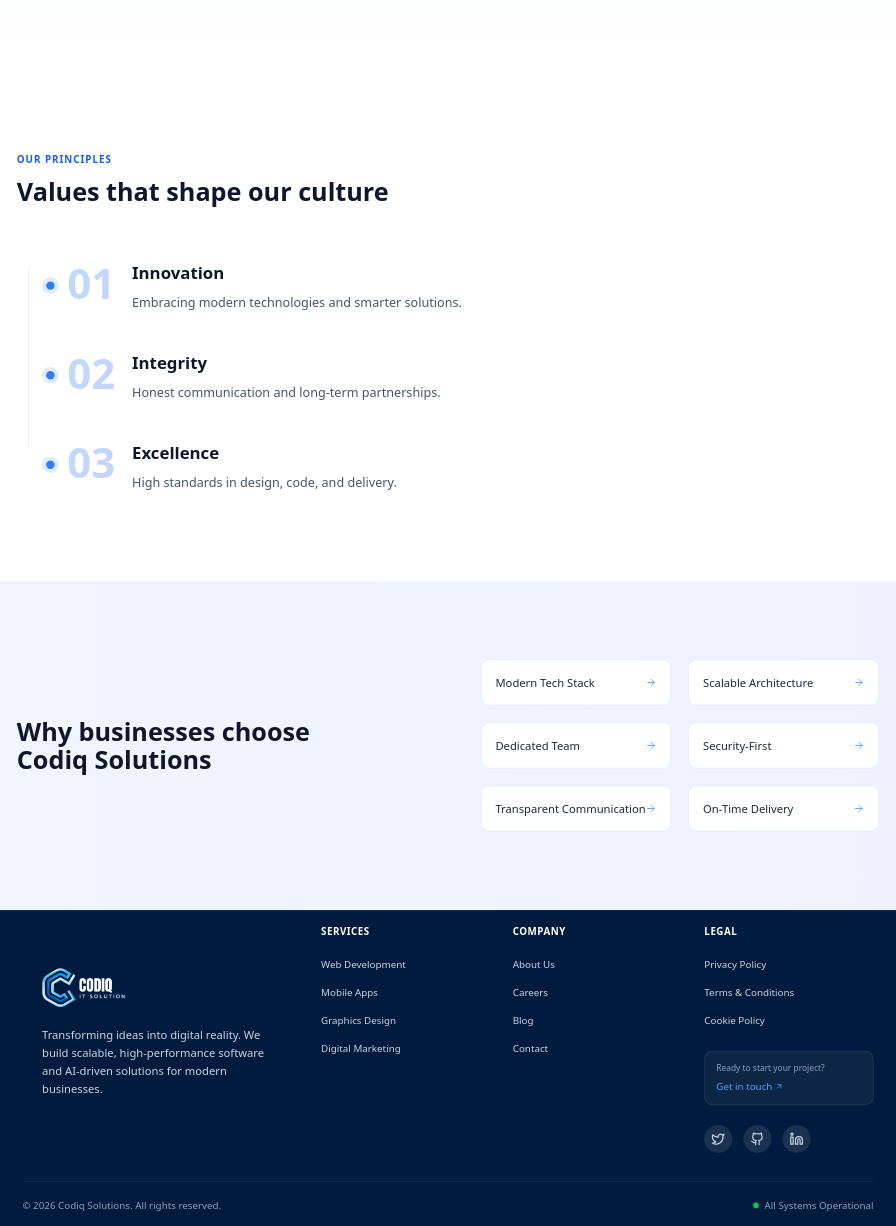
Repository: codiqsolutions/Codiq_Web
Page: /about (app in codiq-main/frontend/)
An editor plug-in stored every save of this project. The page is shown before and after the next save, followed by the edit.
The browser window is 1280 px wide. The pictures show the part of the page from y = 1650 to 3570 px (the page is 3402 px tall before and 3570 px after), at 70% of full size.
The project was rebuilt for these pictures with package versions that can differ from the ones it lists, and the page was loaded fresh each time. The framework's server and built-in components were replaced by stand-ins that run in the browser. Also part of the build but not shown: codiq-main/frontend/next.config.ts.

Above is the page before, as saved 2026-01-08 15:02:33.

### codiq-main/frontend/app/layout.tsx
import type { Metadata } from "next";
import { Geist, Geist_Mono } from "next/font/google";
import "./globals.css";
import { Footer } from "@/components/Footer";
import Header from "@/components/Header";

const geistSans = Geist({
  variable: "--font-geist-sans",
  subsets: ["latin"],
});

const geistMono = Geist_Mono({
  variable: "--font-geist-mono",
  subsets: ["latin"],
});

export const metadata: Metadata = {
  title: "Codiq Solutions",
  description:
    "Codiq Solutions offers premium Web development, Mobile apps, and Digital marketing.",
};

export default function RootLayout({
  children,
}: {
  children: React.ReactNode;
}) {
  return (
    <html lang="en" className="scroll-smooth">
      <body
        className={`${geistSans.variable} ${geistMono.variable} antialiased min-h-screen flex flex-col font-sans`}
      >
        <Header />
        <main className="flex-grow pt-16">{children}</main>
        <Footer />
      </body>
    </html>
  );
}

### codiq-main/frontend/app/about/page.tsx
"use client"

import { motion } from "framer-motion"
import {
    Code2,
    Target,
    Users,
    Lightbulb,
    ShieldCheck,
    Rocket,
    ArrowRight,
} from "lucide-react"
import { PageHeader } from "@/components/PageHeader"

export default function AboutPage() {
    return (
        <>
            <PageHeader
                title="About Codiq Solutions"
                description="Engineering scalable software products with precision, performance, and purpose."
            />

            {/* INTRO STORY */}
            <section className="relative bg-white py-32 overflow-hidden">
                {/* Color accents */}
                <div className="absolute -top-32 -left-32 h-96 w-96 rounded-full bg-blue-100 blur-3xl opacity-70" />
                <div className="absolute top-1/3 -right-32 h-96 w-96 rounded-full bg-indigo-100 blur-3xl opacity-70" />

                <div className="relative mx-auto max-w-7xl px-6">
                    <div className="grid lg:grid-cols-[1.2fr_0.8fr] gap-20 items-center">
                        <motion.div
                            initial={{ opacity: 0, y: 30 }}
                            whileInView={{ opacity: 1, y: 0 }}
                            viewport={{ once: true }}
                        >
                            <p className="text-sm font-semibold tracking-widest uppercase mb-4 bg-gradient-to-r from-blue-600 to-indigo-600 bg-clip-text text-transparent">
                                Our Identity
                            </p>

                            <h2 className="text-5xl font-extrabold leading-tight mb-8 text-slate-900">
                                We build software <br />
                                <span className="bg-gradient-to-r from-blue-600 to-indigo-600 bg-clip-text text-transparent">
                                    that scales with ambition.
                                </span>
                            </h2>

                            <p className="text-lg text-slate-600 leading-relaxed mb-6">
                                Codiq Solutions is a technology-driven IT company crafting
                                intelligent digital products for startups and modern businesses.
                            </p>

                            <p className="text-lg text-slate-600 leading-relaxed">
                                We combine engineering excellence with business-first thinking
                                to deliver real impact.
                            </p>
                        </motion.div>

                        {/* Side Highlights */}
                        <motion.div
                            initial={{ opacity: 0, scale: 0.95 }}
                            whileInView={{ opacity: 1, scale: 1 }}
                            viewport={{ once: true }}
                            className="space-y-6"
                        >
                            {[
                                { icon: Code2, label: "Engineering First", color: "from-blue-500 to-indigo-500" },
                                { icon: ShieldCheck, label: "Security Focused", color: "from-indigo-500 to-violet-500" },
                                { icon: Rocket, label: "Growth Ready", color: "from-violet-500 to-purple-500" },
                            ].map((item) => (
                                <div
                                    key={item.label}
                                    className="flex items-center gap-5 rounded-2xl border border-slate-200 bg-white p-6 shadow-sm hover:shadow-lg transition"
                                >
                                    <div
                                        className={`flex h-12 w-12 items-center justify-center rounded-xl bg-gradient-to-br ${item.color} text-white`}
                                    >
                                        <item.icon className="h-6 w-6" />
                                    </div>
                                    <span className="text-lg font-semibold text-slate-800">
                                        {item.label}
                                    </span>
                                </div>
                            ))}
                        </motion.div>
                    </div>
                </div>
            </section>

            {/* MISSION & VISION */}
            <section className="bg-gradient-to-b from-blue-50 to-white py-28">
                <div className="mx-auto max-w-7xl px-6">
                    <div className="grid md:grid-cols-2 gap-16">

                        {/* MISSION */}
                        <motion.div
                            whileHover={{ y: -8 }}
                            className="rounded-3xl bg-white p-12 border border-blue-100 transition hover:shadow-xl"
                        >
                            <Target className="h-10 w-10 text-blue-600 mb-6" />

                            <h3 className="text-3xl font-bold text-slate-900 mb-6">
                                Our Mission
                            </h3>

                            <p className="text-lg text-slate-600 leading-relaxed mb-6">
                                Our mission is to deliver reliable, scalable, and high-performance
                                software solutions that help businesses grow faster and operate
                                smarter in a digital-first world.
                            </p>

                            <p className="text-lg text-slate-600 leading-relaxed mb-8">
                                We focus on building products that combine clean engineering,
                                intuitive user experience, and long-term maintainability.
                            </p>

                            <ul className="space-y-3 text-slate-700 font-medium">
                                <li>• Build scalable and secure software systems</li>
                                <li>• Solve real business problems with technology</li>
                                <li>• Deliver measurable value through quality engineering</li>
                            </ul>
                        </motion.div>

                        {/* VISION */}
                        <motion.div
                            whileHover={{ y: -8 }}
                            className="rounded-3xl bg-white p-12 border border-indigo-100 transition hover:shadow-xl"
                        >
                            <Lightbulb className="h-10 w-10 text-indigo-600 mb-6" />

                            <h3 className="text-3xl font-bold text-slate-900 mb-6">
                                Our Vision
                            </h3>

                            <p className="text-lg text-slate-600 leading-relaxed mb-6">
                                Our vision is to become a globally trusted technology partner,
                                empowering businesses through intelligent, future-ready digital
                                ecosystems.
                            </p>

                            <p className="text-lg text-slate-600 leading-relaxed mb-8">
                                We aspire to lead innovation by continuously evolving with emerging
                                technologies and building products that scale across industries.
                            </p>

                            <ul className="space-y-3 text-slate-700 font-medium">
                                <li>• Be a long-term digital growth partner</li>
                                <li>• Drive innovation through modern technology</li>
                                <li>• Create impactful software with global reach</li>
                            </ul>
                        </motion.div>

                    </div>
                </div>
            </section>

            {/* VALUES */}
            <section className="bg-white py-32">
                <div className="mx-auto max-w-7xl px-6">
                    <div className="mb-20 max-w-2xl">
                        <p className="text-sm font-semibold tracking-widest uppercase mb-4 text-blue-600">
                            Our Principles
                        </p>
                        <h2 className="text-4xl font-extrabold text-slate-900">
                            Values that shape our culture
                        </h2>
                    </div>

                    <div className="relative space-y-14 pl-12">
                        {/* Timeline line */}
                        <div className="absolute left-4 top-2 bottom-2 w-px bg-slate-200" />

                        {[
                            {
                                title: "Innovation",
                                desc: "Embracing modern technologies and smarter solutions.",
                            },
                            {
                                title: "Integrity",
                                desc: "Honest communication and long-term partnerships.",
                            },
                            {
                                title: "Excellence",
                                desc: "High standards in design, code, and delivery.",
                            },
                        ].map((value, i) => (
                            <motion.div
                                key={value.title}
                                initial={{ opacity: 0, x: -40 }}
                                whileInView={{ opacity: 1, x: 0 }}
                                viewport={{ once: true }}
                                transition={{ delay: i * 0.1 }}
                                className="relative flex items-start gap-6 pl-6"
                            >
                                {/* Timeline dot */}
                                <div className="absolute -left-[6px] top-7 h-3 w-3 rounded-full bg-blue-500 shadow-[0_0_0_6px_rgba(59,130,246,0.15)]" />

                                <div className="text-6xl font-extrabold bg-gradient-to-br from-blue-200 to-indigo-200 bg-clip-text text-transparent">
                                    {String(i + 1).padStart(2, "0")}
                                </div>

                                <div>
                                    <h3 className="text-2xl font-bold text-slate-900 mb-3">
                                        {value.title}
                                    </h3>
                                    <p className="text-lg text-slate-600 max-w-2xl">
                                        {value.desc}
                                    </p>
                                </div>
                            </motion.div>
                        ))}
                    </div>
                </div>
            </section>

            {/* WHY CODIQ */}
            <section className="bg-gradient-to-r from-blue-50 to-indigo-50 py-28">
                <div className="mx-auto max-w-7xl px-6">
                    <div className="flex flex-col lg:flex-row lg:items-center lg:justify-between gap-12">
                        <h2 className="text-4xl font-extrabold text-slate-900 max-w-xl">
                            Why businesses choose <br /> Codiq Solutions
                        </h2>

                        <div className="grid sm:grid-cols-2 gap-6 max-w-xl">
                            {[
                                "Modern Tech Stack",
                                "Scalable Architecture",
                                "Dedicated Team",
                                "Security-First",
                                "Transparent Communication",
                                "On-Time Delivery",
                            ].map((point) => (
                                <div
                                    key={point}
                                    className="flex items-center justify-between rounded-xl bg-white border border-blue-100 p-5 hover:shadow-lg transition"
                                >
                                    <span className="font-medium text-slate-800">{point}</span>
                                    <ArrowRight className="h-4 w-4 text-blue-400" />
                                </div>
                            ))}
                        </div>
                    </div>
                </div>
            </section>
        </>
    )
}

### codiq-main/frontend/app/globals.css
@import "tailwindcss";

:root {
  /* Brand Colors - Electric Blue & Deep Space */
  --primary: #2563eb;
  /* Blue-600 */
  --primary-hover: #1d4ed8;
  /* Blue-700 */
  --primary-light: #dbeafe;
  /* Blue-100 */
  --text-primary: #0f172a;
  /* Slate-900 */
  --text-muted: #475569;
  /* Slate-600 */
  --primary-foreground: 255, 255, 255;

  --secondary: 15, 23, 42;
  /* slate-900 */
  --secondary-foreground: 255, 255, 255;

  --accent: 79, 70, 229;
  /* indigo-600 */
  --accent-foreground: 255, 255, 255;

  /* Backgrounds */
  --background: 255, 255, 255;
  --foreground: 15, 23, 42;

  --glass-border: 226, 232, 240;
  /* slate-200 */

  --radius: 0.75rem;
}

@media (prefers-color-scheme: dark) {
  :root {
    --background: 2, 6, 23;
    /* slate-950 */
    --foreground: 248, 250, 252;
    /* slate-50 */

    --glass-border: 30, 41, 59;
    /* slate-800 */

    /* Adjust secondary for dark mode contrast */
    --secondary: 248, 250, 252;
    --secondary-foreground: 15, 23, 42;
  }
}

body {
  color: rgb(var(--foreground));
  background-color: rgb(var(--background));
  background-image:
    radial-gradient(circle at 50% 0%, rgba(var(--primary), 0.15) 0%, transparent 50%),
    radial-gradient(circle at 100% 0%, rgba(var(--accent), 0.1) 0%, transparent 50%);
  min-height: 100vh;
  font-feature-settings: "ss01", "ss02", "cv01", "cv02";
  -webkit-font-smoothing: antialiased;
}

/* Utilities */
@utility glass {
  @apply backdrop-blur-xl bg-white/70 dark:bg-slate-950/70 border border-slate-200/50 dark:border-slate-800/50;
}

@utility glass-nav {
  @apply backdrop-blur-xl bg-white/80 dark:bg-slate-950/80 border border-slate-200/50 dark:border-slate-800/50 shadow-sm supports-[backdrop-filter]:bg-white/60 supports-[backdrop-filter]:dark:bg-slate-950/60;
}

@utility premium-card {
  @apply bg-white dark:bg-slate-900/50 border border-slate-200 dark:border-slate-800 rounded-2xl shadow-sm hover:shadow-xl transition-all duration-300 hover:border-blue-500/30 dark:hover:border-blue-500/30 hover:-translate-y-1;
}

@utility text-balance {
  text-wrap: balance;
}

@utility text-pretty {
  text-wrap: pretty;
}

@layer base {
  * {
    @apply border-gray-200 dark:border-gray-800;
  }
}

### codiq-main/frontend/components/PageHeader.tsx
"use client"

import { motion } from "framer-motion"

interface PageHeaderProps {
    title: string
    description: string
}

export function PageHeader({ title, description }: PageHeaderProps) {
    return (
        <div className="bg-slate-50 dark:bg-slate-900/50 py-20 pb-24 text-center">
            <div className="mx-auto max-w-7xl px-4 sm:px-6 lg:px-8">
                <motion.h1
                    initial={{ opacity: 0, y: 20 }}
                    animate={{ opacity: 1, y: 0 }}
                    className="text-4xl font-bold tracking-tight text-slate-900 dark:text-white sm:text-5xl"
                >
                    {title}
                </motion.h1>
                <motion.p
                    initial={{ opacity: 0, y: 20 }}
                    animate={{ opacity: 1, y: 0 }}
                    transition={{ delay: 0.1 }}
                    className="mt-6 text-lg text-slate-600 dark:text-slate-400 max-w-2xl mx-auto"
                >
                    {description}
                </motion.p>
            </div>
        </div>
    )
}

### codiq-main/frontend/components/ui/button.tsx
import * as React from "react"
import { Slot } from "@radix-ui/react-slot"
import { cva, type VariantProps } from "class-variance-authority"

import { cn } from "@/lib/utils"

const buttonVariants = cva(
  "inline-flex items-center justify-center gap-2 whitespace-nowrap rounded-md text-sm font-medium transition-colors focus-visible:outline-none focus-visible:ring-1 focus-visible:ring-ring disabled:pointer-events-none disabled:opacity-50 [&_svg]:pointer-events-none [&_svg]:size-4 [&_svg]:shrink-0",
  {
    variants: {
      variant: {
        default:
          "bg-primary text-primary-foreground shadow hover:bg-primary/90",
        destructive:
          "bg-destructive text-destructive-foreground shadow-sm hover:bg-destructive/90",
        outline:
          "border border-input bg-background shadow-sm hover:bg-accent hover:text-accent-foreground",
        secondary:
          "bg-secondary text-secondary-foreground shadow-sm hover:bg-secondary/80",
        ghost: "hover:bg-accent hover:text-accent-foreground",
        link: "text-primary underline-offset-4 hover:underline",
      },
      size: {
        default: "h-9 px-4 py-2",
        sm: "h-8 rounded-md px-3 text-xs",
        lg: "h-10 rounded-md px-8",
        icon: "h-9 w-9",
      },
    },
    defaultVariants: {
      variant: "default",
      size: "default",
    },
  }
)

export interface ButtonProps
  extends React.ButtonHTMLAttributes<HTMLButtonElement>,
    VariantProps<typeof buttonVariants> {
  asChild?: boolean
}

const Button = React.forwardRef<HTMLButtonElement, ButtonProps>(
  ({ className, variant, size, asChild = false, ...props }, ref) => {
    const Comp = asChild ? Slot : "button"
    return (
      <Comp
        className={cn(buttonVariants({ variant, size, className }))}
        ref={ref}
        {...props}
      />
    )
  }
)
Button.displayName = "Button"

export { Button, buttonVariants }

Loaded but not shown: codiq-main/frontend/lib/utils.ts (common file); codiq-main/frontend/components/Footer.tsx (153 lines, source omitted); codiq-main/frontend/components/Header.tsx (142 lines, source omitted); codiq-main/frontend/components/ui/sheet.tsx (140 lines, source omitted)

After the next save:
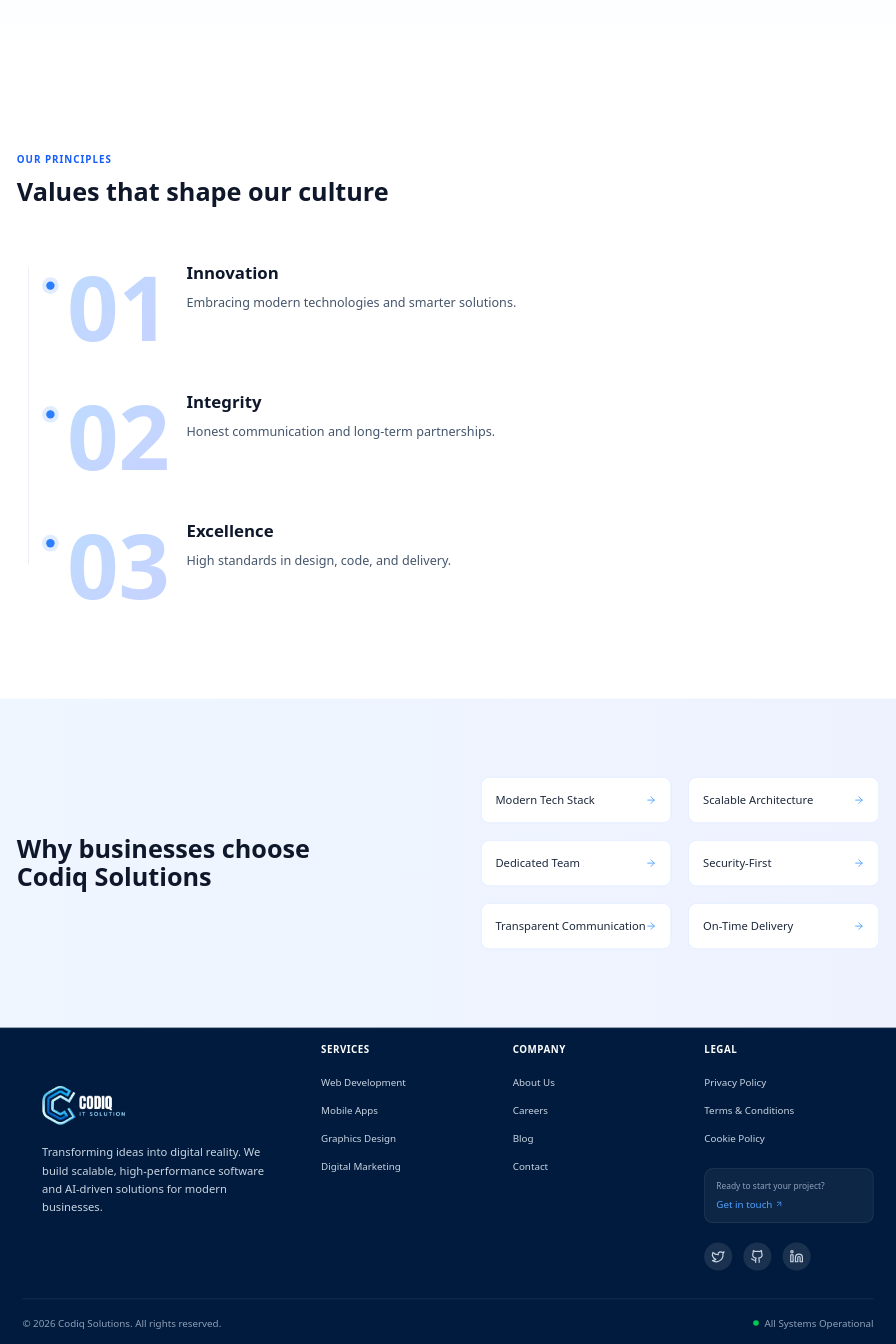
Saved 21 s later.
--- a/codiq-main/frontend/app/about/page.tsx
+++ b/codiq-main/frontend/app/about/page.tsx
@@ -194,7 +194,7 @@
                                 {/* Timeline dot */}
                                 <div className="absolute -left-[6px] top-7 h-3 w-3 rounded-full bg-blue-500 shadow-[0_0_0_6px_rgba(59,130,246,0.15)]" />
 
-                                <div className="text-6xl font-extrabold bg-gradient-to-br from-blue-200 to-indigo-200 bg-clip-text text-transparent">
+                                <div className="text-9xl font-extrabold bg-gradient-to-br from-blue-200 to-indigo-200 bg-clip-text text-transparent">
                                     {String(i + 1).padStart(2, "0")}
                                 </div>
 

After the save that followed:
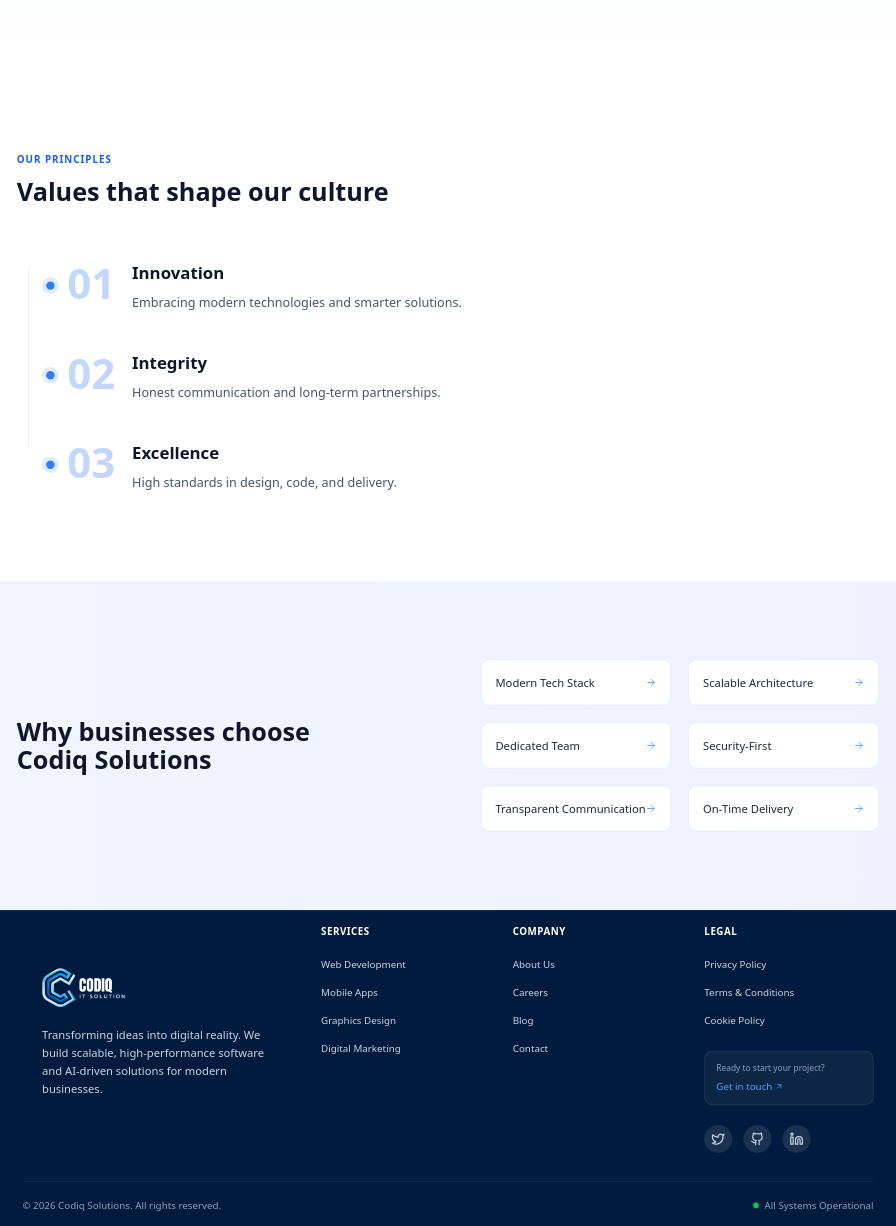
Saved 6 s later.
--- a/codiq-main/frontend/app/about/page.tsx
+++ b/codiq-main/frontend/app/about/page.tsx
@@ -194,7 +194,7 @@
                                 {/* Timeline dot */}
                                 <div className="absolute -left-[6px] top-7 h-3 w-3 rounded-full bg-blue-500 shadow-[0_0_0_6px_rgba(59,130,246,0.15)]" />
 
-                                <div className="text-9xl font-extrabold bg-gradient-to-br from-blue-200 to-indigo-200 bg-clip-text text-transparent">
+                                <div className="text-6xl font-extrabold bg-gradient-to-br from-blue-200 to-indigo-200 bg-clip-text text-transparent">
                                     {String(i + 1).padStart(2, "0")}
                                 </div>
 
